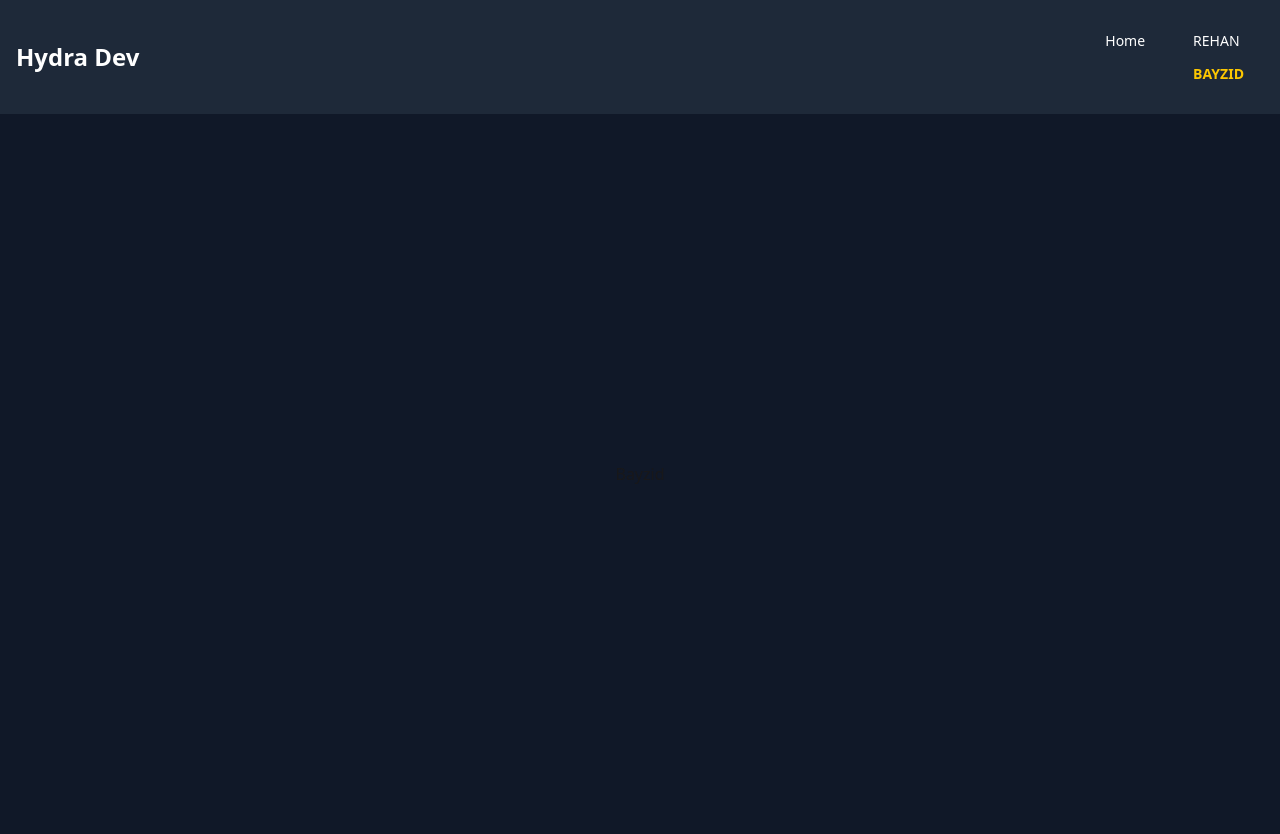
Repository: codeSmith-006/github-collab
Page: /bayzid
An editor plug-in stored every save of this project. The page is shown before and after a run of saves, followed by the edit.
The browser window is 1280 px wide. The pictures show the whole page.
The project was rebuilt for these pictures with package versions that can differ from the ones it lists, and the page was loaded fresh each time. Also part of the build but not shown: vite.config.js, src/App.jsx, src/Components/Navbar/active.css, src/Page/Home/Home.jsx, src/Page/Rehan/Rehan.jsx.

Above is the page before, as saved 2025-09-10 10:30:40.

### src/main.jsx
import { StrictMode } from "react";
import { createRoot } from "react-dom/client";
import "./index.css";
import App from "./App.jsx";
// import { RouterProvider } from "react-router";
import router from "./Routes/Router.jsx";
import { RouterProvider } from "react-router-dom";

createRoot(document.getElementById("root")).render(
  <StrictMode>
    <RouterProvider router={router} />
  </StrictMode>
);

### src/Routes/Router.jsx
import { Component } from "react";
// import { createBrowserRouter } from "react-router";
// import Home from "../Page/Home/Home";
import { createBrowserRouter } from "react-router-dom";
import Layout from "../Layout/Layout";
import Home from "../Page/Home/Home";
import Rehan from "../Page/Rehan/Rehan";
import Bayzid from "../Page/Bayzid/Bayzid";

let router = createBrowserRouter([
  {
    path: "/",
    Component: Layout,
    children: [
      {
        index: true,
        Component: Home,
      },
      {
        path: '/rehan',
        Component: Rehan
      },
      {
        path: '/bayzid',
        Component: Bayzid
      }
    ],
  },
]);

export default router;

### src/Layout/Layout.jsx
import React from "react";
import Navbar from "../Components/Navbar/Navbar";
import { Outlet } from "react-router-dom";

export default function Layout() {
  return (
    <div className="bg-gray-900">
      <Navbar></Navbar>
      <div className="flex items-center justify-center min-h-screen">
        <Outlet></Outlet>
      </div>
    </div>
  );
}

### src/Page/Bayzid/Bayzid.jsx
import React from 'react'

export default function Bayzid() {
  return (
    <div>Bayzid</div>
  )
}

### src/Components/Navbar/Navbar.jsx
import React from "react";
import { NavLink } from "react-router-dom";
import "./active.css"; // optional for custom styles

export default function Navbar() {
  return (
    <nav className="navbar bg-gray-800 text-white p-4 flex justify-between items-center">
      {/* Logo */}
      <div className="logo text-2xl font-bold">
        Hydra Dev
      </div>

      {/* Menu */}
      <ul className="menu flex flex-row gap-6">
        <li>
          <NavLink
            to="/"
            className={({ isActive }) =>
              isActive ? "text-yellow-400 font-bold" : "hover:text-yellow-300"
            }
          >
            Home
          </NavLink>
        </li>
        <li>
          <NavLink
            to="/rehan"
            className={({ isActive }) =>
              isActive ? "text-yellow-400 font-bold" : "hover:text-yellow-300"
            }
          >
            REHAN
          </NavLink>
          <NavLink
            to="/bayzid"
            className={({ isActive }) =>
              isActive ? "text-yellow-400 font-bold" : "hover:text-yellow-300"
            }
          >
            BAYZID
          </NavLink>
        </li>
      </ul>
    </nav>
  );
}

Loaded but not shown: index.html (common file); src/index.css (common file); src/App.css (no stored copy; drawn as an empty file)

After the next 2 saves:
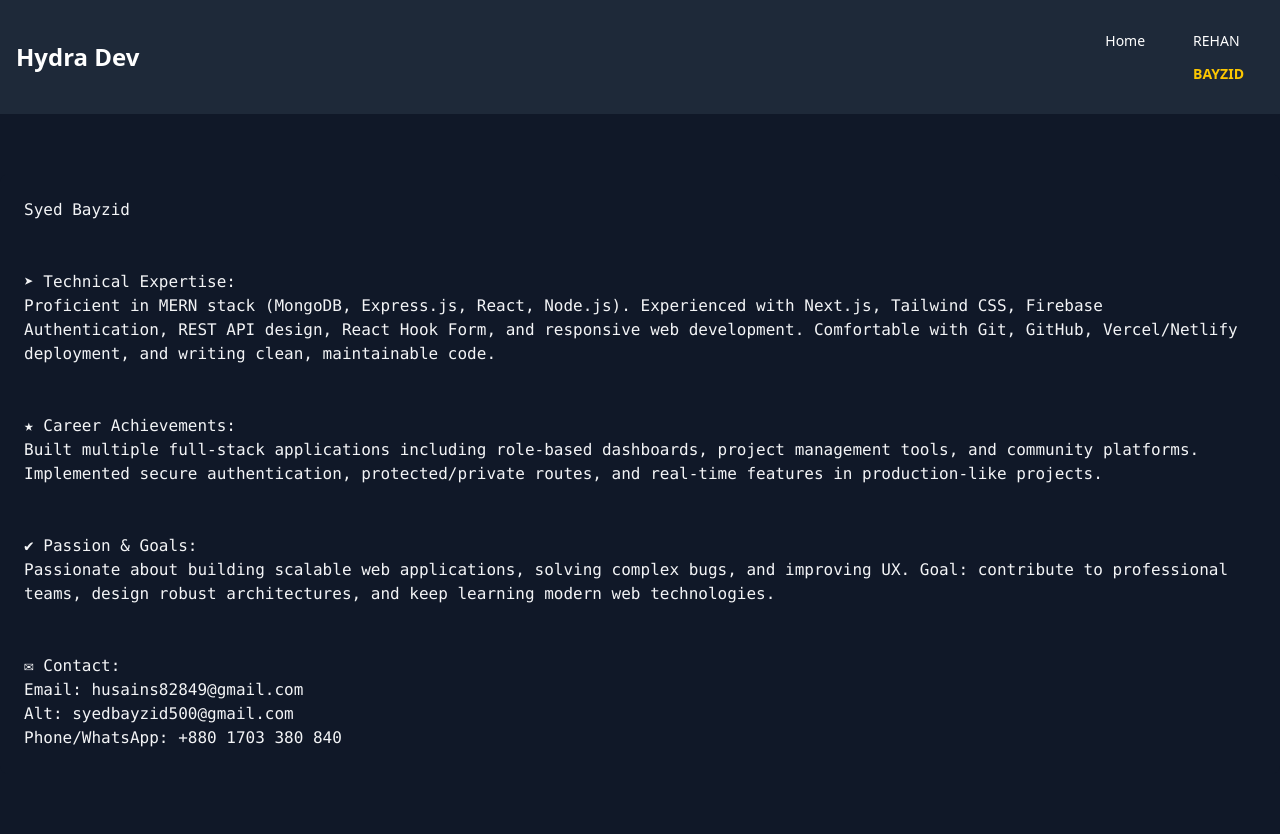
The 2 saves are shown as one change because they came seconds apart.
The last was saved 8 s later.
--- a/src/Page/Bayzid/Bayzid.jsx
+++ b/src/Page/Bayzid/Bayzid.jsx
@@ -1,7 +1,27 @@
 import React from 'react'
 
 export default function Bayzid() {
-  return (
-    <div>Bayzid</div>
-  )
+    return (
+        <div className="p-6 bg-gray-900 text-gray-100 font-mono rounded-lg space-y-4 whitespace-pre-wrap break-words">
+            {`Syed Bayzid
+
+
+➤ Technical Expertise:
+Proficient in MERN stack (MongoDB, Express.js, React, Node.js). Experienced with Next.js, Tailwind CSS, Firebase Authentication, REST API design, React Hook Form, and responsive web development. Comfortable with Git, GitHub, Vercel/Netlify deployment, and writing clean, maintainable code.
+
+
+★ Career Achievements:
+Built multiple full-stack applications including role-based dashboards, project management tools, and community platforms. Implemented secure authentication, protected/private routes, and real-time features in production-like projects.
+
+
+✔ Passion & Goals:
+Passionate about building scalable web applications, solving complex bugs, and improving UX. Goal: contribute to professional teams, design robust architectures, and keep learning modern web technologies.
+
+
+✉ Contact:
+Email: husains82849@gmail.com
+Alt: syedbayzid500@gmail.com
+Phone/WhatsApp: +880 1703 380 840`}
+        </div>
+    )
 }
